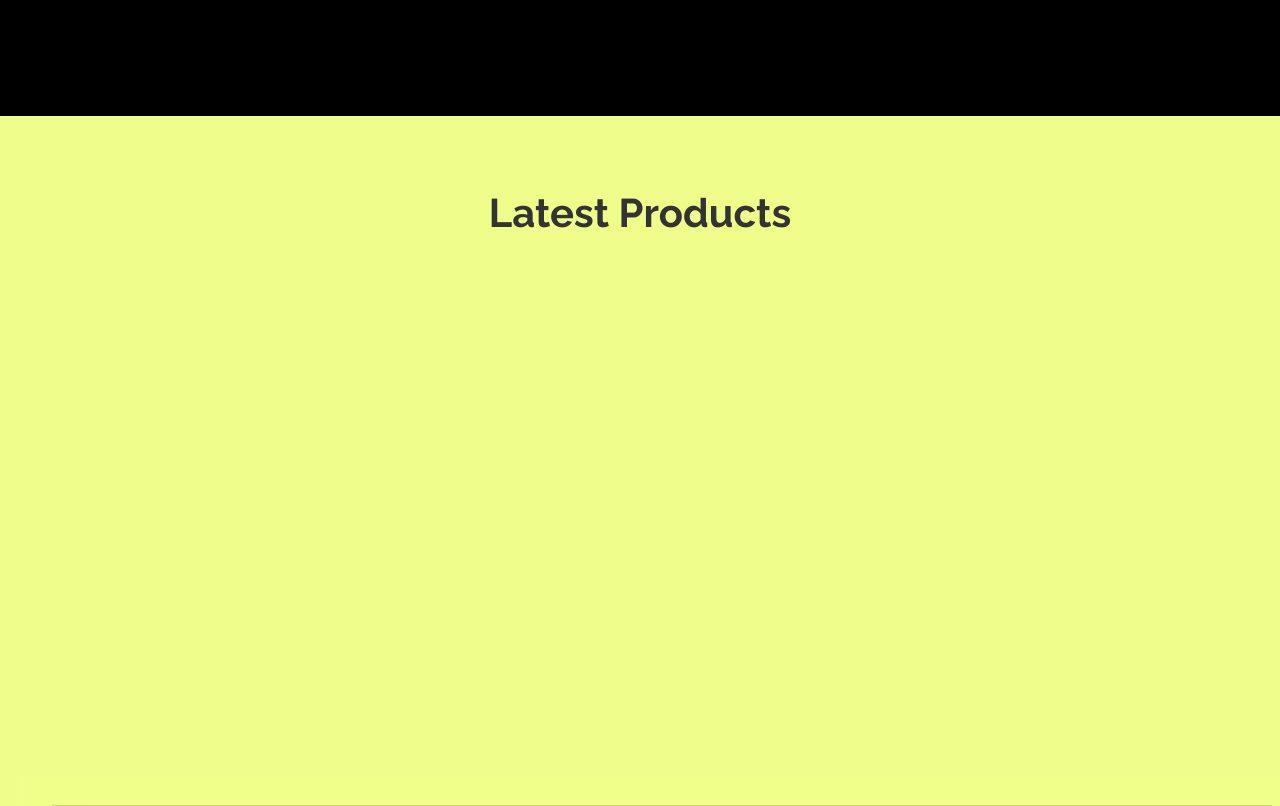
Repository: EphrahimLaanyu123/fashi_onfeet
Page: /
The author's editor kept a copy of each file at every save. The page is drawn from the files as they stood at one save, then again after the next save.
The browser window is 1280 px wide. The pictures show the part of the page from y = 1416 to 2222 px (the page is 3702 px tall before and 3982 px after).
Pictures or frames that could not be fetched are drawn as grey boxes. The page's requests for data from a server got no answer. Backgrounds fixed to the window are drawn as part of the page. The project was rebuilt for these pictures with package versions that can differ from the ones it lists, and the page was loaded fresh each time. No one was signed in, and anything a server would have sent is missing. Also part of the build but not shown: vite.config.js, src/index.css, src/Shop/supabaseClient.js, src/Shop/components/Product.jsx, src/Shop/Shop.jsx, src/Shop/components/AddForm.css, src/Shop/components/AddProductForm.jsx, src/Shop/components/Cart.jsx and 1 more.

Above is the page before, as saved 2025-04-26 15:37:11.

After the next save:
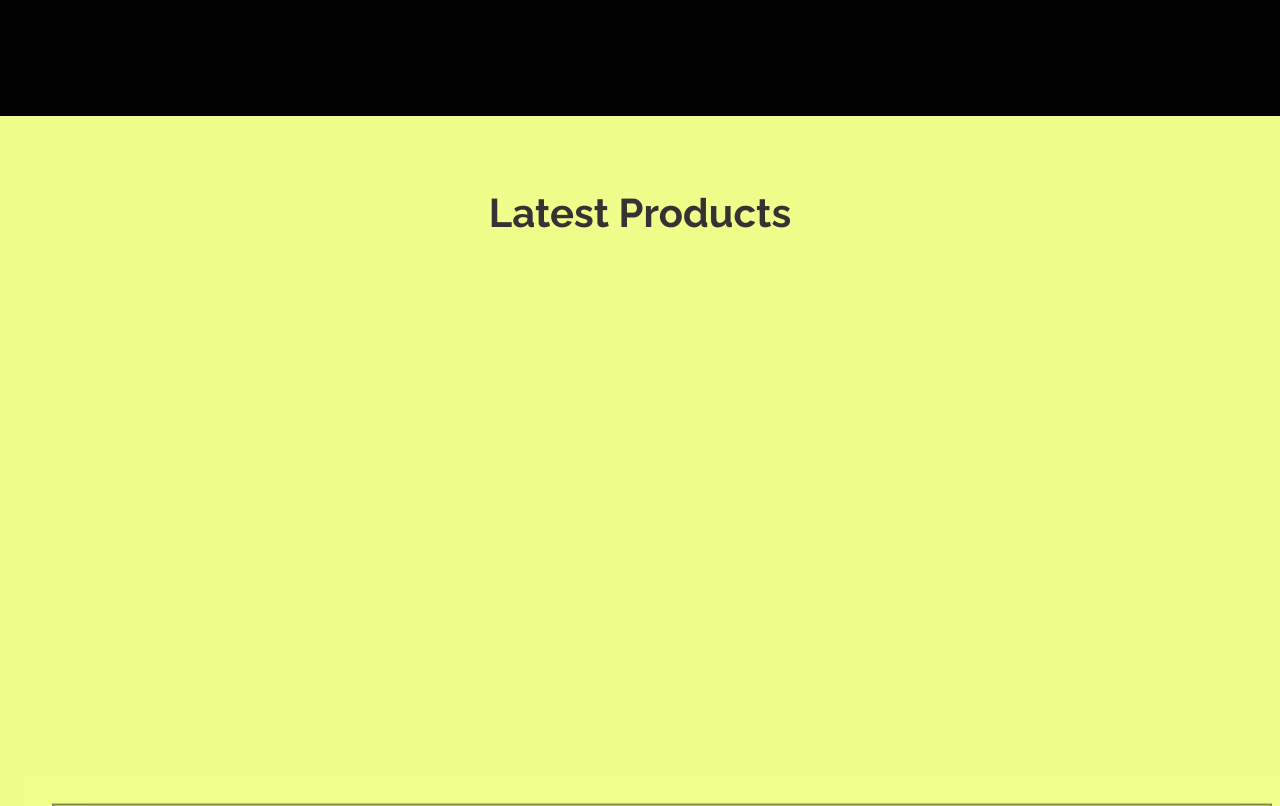
Saved 41 s later.
--- a/src/Footer.jsx
+++ b/src/Footer.jsx
@@ -4,25 +4,27 @@ import "./Footer.css"
 const Footer = () => {
   return (
     <div className='footer'>
+      <div className="footer-container"> {/* New wrapper */}
         <section className="footer-left">
-            <ul className="links">
-                <li>Privacy Policy</li>
-                <li>Accessibility Statement</li>
-                <li>Shipping Policy</li>
-                <li>Terms & Conditions</li>
-                <li>Refund POlicy</li>
-            </ul>
+          <ul className="links">
+            <li>Privacy Policy</li>
+            <li>Accessibility Statement</li>
+            <li>Shipping Policy</li>
+            <li>Terms & Conditions</li>
+            <li>Refund Policy</li>
+          </ul>
         </section>
+
         <section className="footer-right">
-            <p>Stay connected with us</p>
-            <p>0712345678</p>
-            <p>fashionfeet.com</p>
-            <p>Nairobi, Kenya</p>
-            <ul className="socials">
-
-            </ul>
-
+          <p>Stay connected with us</p>
+          <p>0712345678</p>
+          <p>fashionfeet.com</p>
+          <p>Nairobi, Kenya</p>
+          <ul className="socials">
+            {/* Social icons can go here */}
+          </ul>
         </section>
+      </div>
     </div>
   )
 }

After the save that followed:
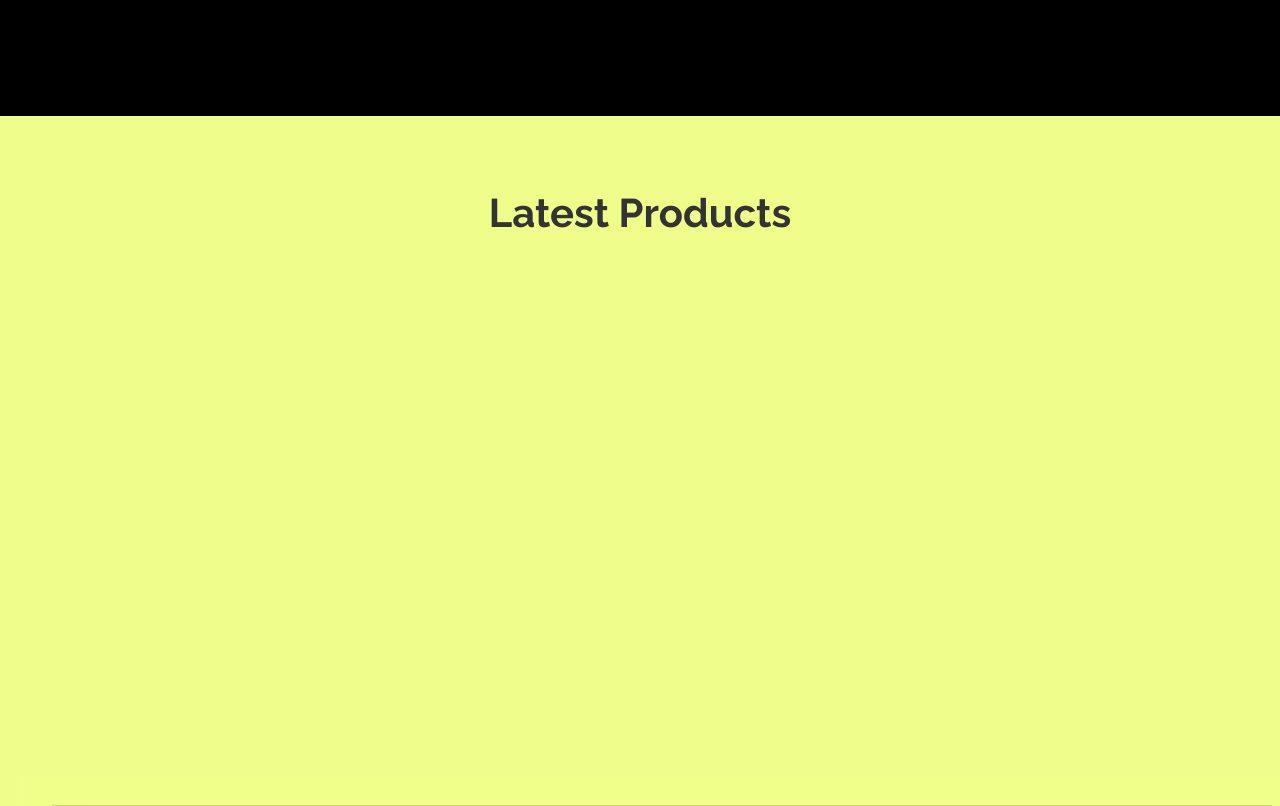
Saved 7 s later.
--- a/src/Footer.css
+++ b/src/Footer.css
@@ -1,28 +1,31 @@
 .footer {
     width: 100%;
     background-color: black;
+  }
+
+  .footer-container {
     display: flex;
-}
+    width: 100%;
+  }
 
-.footer-left {
+  .footer-left {
     width: 50%;
     height: 300px;
     display: flex;
     justify-content: flex-end;
     align-items: flex-end;
     color: beige;
-}
+  }
 
-
-.links {
+  .links {
     display: flex;
     flex-direction: column;
     padding: 6rem;
     padding-right: 10rem;
-}
+  }
 
-.footer-right {
+  .footer-right {
     background-color: #EFFE8A;
     width: 50%;
     padding: 4rem;
-}
+  }
